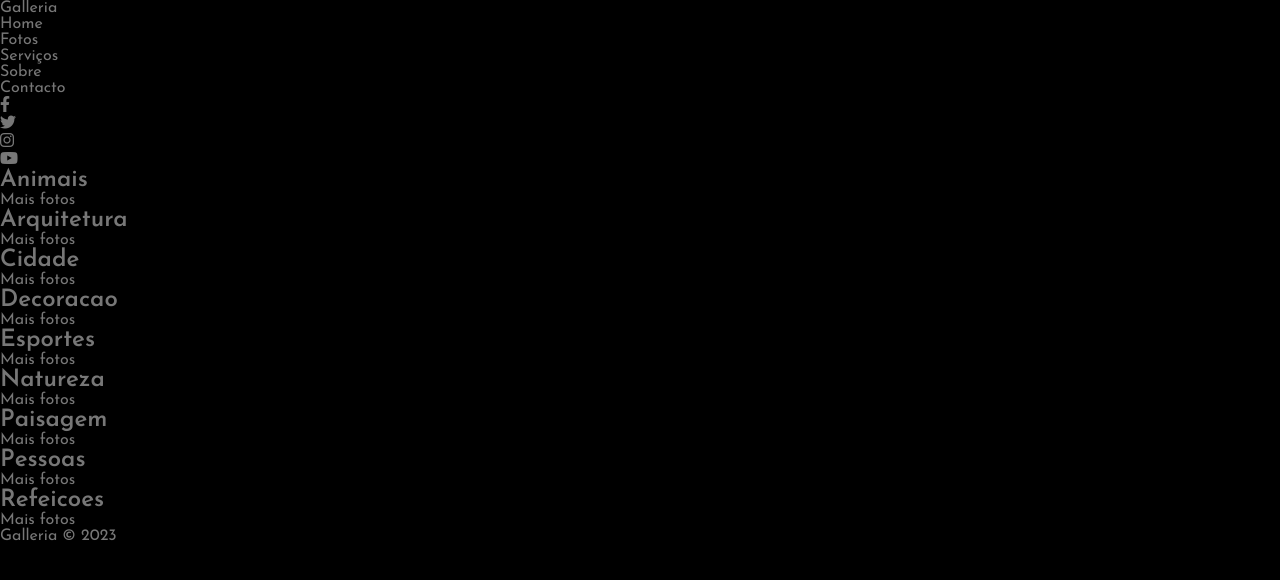
Repository: AghastyGD/gallery-sass
Page: index.html
An editor plug-in stored every save of this project. The page is shown before and after the next save, followed by the edit.
The browser window is 1280 px wide. The pictures show the whole page.
The style sheet was rebuilt from its Sass, Less or Tailwind sources for each picture, by a compiler version that may differ from the author's.

Above is the page before, as saved 2023-10-13 18:05:54.

After the next save:
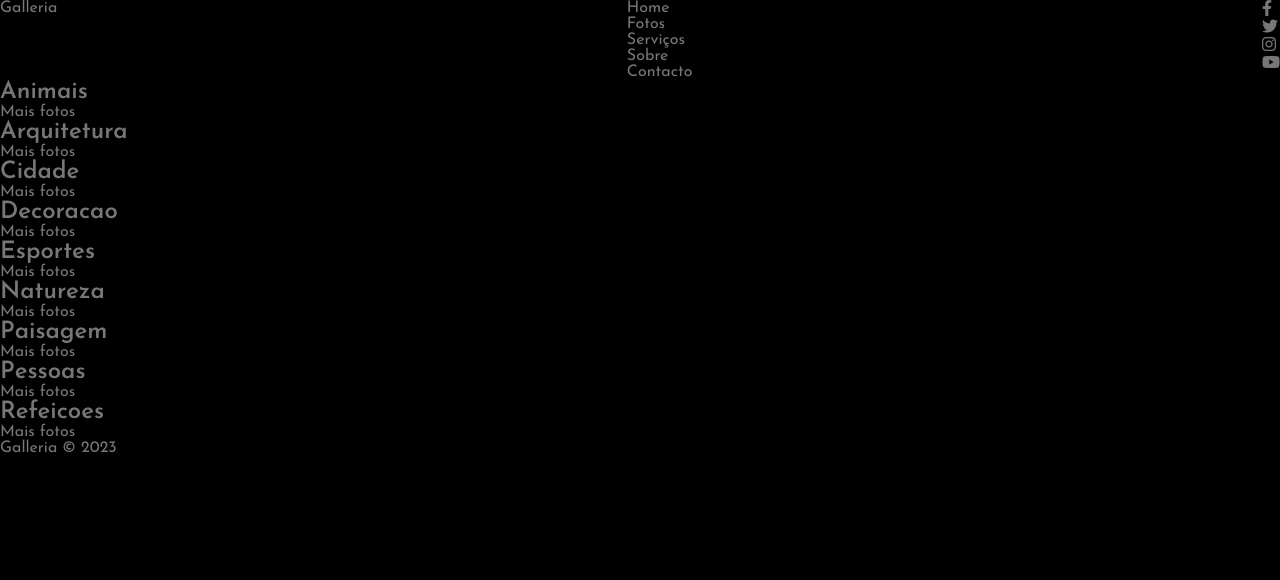
Saved 32 s later.
--- a/sass/styles.sass
+++ b/sass/styles.sass
@@ -17,3 +17,7 @@ body
 
   ul
     list-style: none
+
+.header
+  display: flex
+  justify-content: space-between
